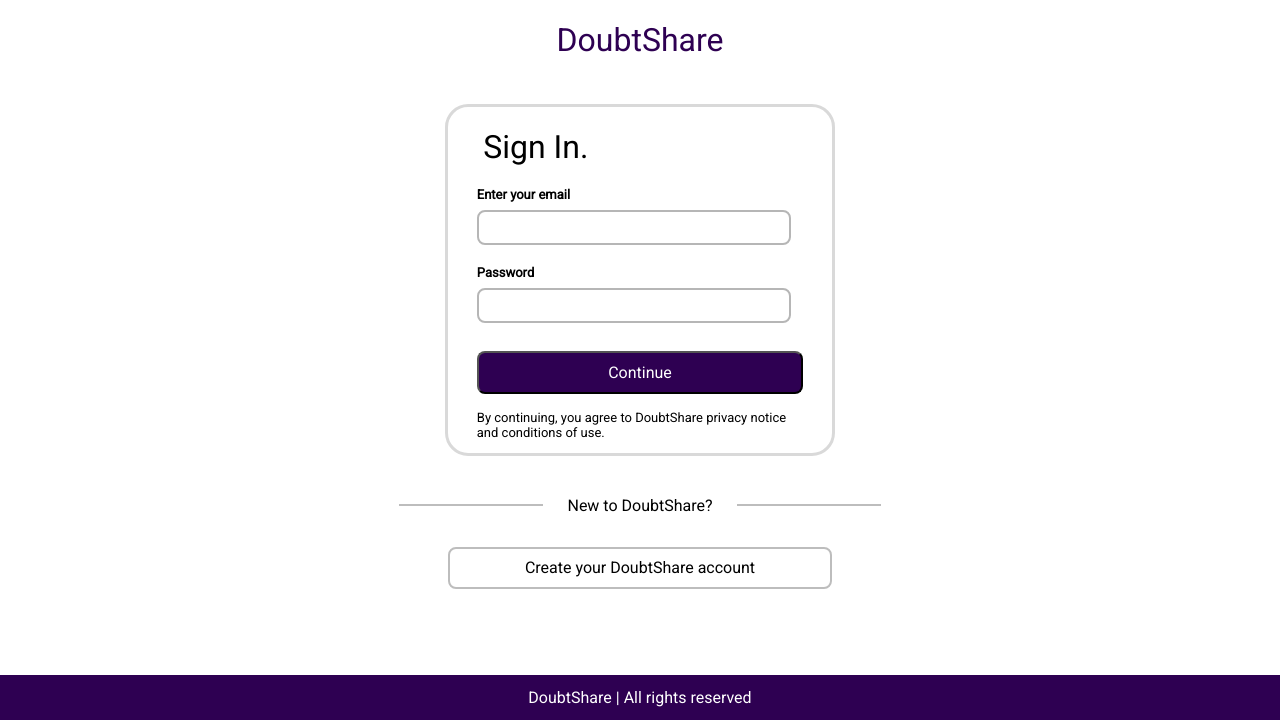
Repository: drumsmanku/doubtshare
Page: /login/student (app in frontend/)
The author's editor kept a copy of each file at every save. The page is drawn from the files as they stood at one save, then again after the next save.
The browser window is 1280 px wide. The pictures show the whole page.
The project was rebuilt for these pictures with package versions that can differ from the ones it lists, and the page was loaded fresh each time. Also part of the build but not shown: frontend/src/App.css, frontend/src/Components/Register/Register.js, frontend/src/Components/Dashboard/Dashboard.js, frontend/src/Components/LoginTutor/LoginTutor.js, frontend/src/Components/RegisterTutor/RegisterTutor.js.

Above is the page before, as saved 2023-12-30 11:48:13.

### frontend/src/App.js
import './App.css';
import { BrowserRouter as Router, Route, Routes} from 'react-router-dom';
import Register from './Components/Register/Register';
import Dashboard from './Components/Dashboard/Dashboard';
import Login from './Components/Login/Login';
import LoginTutor from './Components/LoginTutor/LoginTutor';
import RegisterTutor from './Components/RegisterTutor/RegisterTutor';

function App() {
  return (
    <div className="App">
      <Router>
        <Routes>
          <Route path='/' element={<Dashboard/>}/>
          <Route path='/register/student' element={<Register/>}/>
          <Route path='/login/student' element={<Login/>}/>
          <Route path='/login/tutor' element={<LoginTutor/>}/>
          <Route path='/register/tutor' element={<LoginTutor/>}/>
        </Routes>
      </Router>
    </div>
  );
}

export default App;

### frontend/src/Components/Login/Login.js
import React, { useState } from 'react';
import { useNavigate } from 'react-router-dom';
import axios from 'axios';
import styles from './Login.module.css';

const DivStyles={
  display: 'flex',
  flexDirection: 'column',
  marginBottom: '1.2rem',
  alignItems: 'flex-start',
  width: '85%',
}
const InputStyles={
  width: '90%',
  padding:'0.5rem 0.5rem 0.5rem 0.5rem',
  borderRadius: '8px',
  border:'2px solid #B6B6B6',
  marginTop: '0.5rem',
}

function Login() {
  const navigate = useNavigate();
  const [error, setError]=useState('');
  const [user, setUser] = useState({
    email: '',
    password: '',
  });

  const handleChange = e => {
    setUser({
      ...user,
      [e.target.name]: e.target.value
    });
  };
  const login = (event) => {
    event.preventDefault();
    axios.post('http://localhost:4000/login/student', user)
      .then(res => {
        localStorage.setItem('token', res.data.token);
        localStorage.setItem('user', res.data.name);
        const tokenData=localStorage.getItem('token')
        if(tokenData!=='undefined') {
          navigate('/')
        }
        else{
         setError('Invalid credentials');
        }


      })
      .catch(err => console.log(err));
  };
  return (
    <div className={styles.container}>
      <div className={styles.heading}>
        <h1 style={{fontWeight:'500'}}>DoubtShare</h1>
      </div>
      <h1 className={styles.welcomeText} >Welcome</h1>
      <div className={styles.mainBody}>
        <form className={styles.form}>

          <div className={styles.inputContainer}>
            <h1 className={styles.signInText}>Sign In. <span className={styles.alreadyCustomer}>Already a customer?</span></h1>


            <div style={DivStyles}>
              <label htmlFor="email" style={{fontWeight:600, fontSize:'small'}}>Enter your email </label>
              <input type="text" name="email" value={user.email} onChange={handleChange} style={InputStyles}/>
            </div>


            <div style={DivStyles}>
              <label htmlFor="password" style={{fontWeight:600, fontSize:'small'}}>Password</label>
              <input type="password" name="password" value={user.password} onChange={handleChange} style={InputStyles} />
            </div>
            <span style={{color:'red', fontSize:'small', marginBottom:'0.6rem'}}>
              {error}
            </span>

          </div>

          <div style={{width:'100%', display:'flex', justifyContent:'center'}}>
            <button className={styles.buttonStyles} type="submit" style={{ cursor:'pointer'}} onClick={login}>Continue</button>
          </div>

          <div style={{width:'100%', display:'flex', justifyContent:'center', marginTop:'1rem'}}>
            <p style={{width:'85%', textAlign:'left',fontSize:'small',  marginTop:0}}>By continuing, you agree to DoubtShare privacy notice and conditions of use.
            </p>
          </div>

        </form>
        <div style={{display:'flex', marginTop:'2.5rem'}}>
          <hr className={styles.wideLine} />
          <span className={styles.newToMusic} >New to DoubtShare?</span>
          <hr className={styles.wideLine} />
        </div>

        <button className={styles.notLoggedInButton}  onClick={()=>{navigate('/register/student')}}>Create your DoubtShare account</button>
      </div>


      <footer style={{ backgroundColor:'#2E0052', width:'100%', padding:'0.8rem 0 0.8rem 0', color:'white', textAlign:'center'}}>
          DoubtShare | All rights reserved
      </footer>
    </div>
  )
}

export default Login

### frontend/src/Components/Register/Register.module.css
@import url('https://fonts.googleapis.com/css2?family=DM+Sans&family=Roboto&display=swap');

body{
  font-family: 'Roboto';
}

.container{
  height: 100vh;
  width: 100%;
  display: flex;
  flex-direction: column;

  align-items: center;
  justify-content: space-between;
}

.form{
  display: flex;
  flex-direction: column;
  border: 3px solid #D9D9D9;
  border-radius: 23.2px;
  width: 30%;

}
.inputContainer{
  display: flex;
  align-items: center;
  flex-direction: column;
}

.buttonStyles{
  width: 85%;
  background-color: #2E0052;
  border-radius: 8px;
  color: white;
  padding: 0.6rem 0 0.6rem 0;
  font-family: 'Roboto';
  font-weight: 500;
  font-size: medium;
}

.welcomeText{
  display: none;
}

.heading{
  display: flex;
  align-items: center;
  font-family: 'Roboto';
  color: #2E0052;
  font-weight: 500;
}
@media (max-width: 768px){
  .heading{
    background-color: #2E0052;
    width: 100%;
    height: 8%;
    display: flex;
    padding-left: 2rem;
    align-items: center;
    color: white;
    font-size: small;
    font-weight: 400;
  }
  .form{
    width: 80%;
  }
  .notLoggedInButton{
    width: 80%;
  }
  .wideLine{
    width: 5rem;
  }
  .newToMusic{
    margin:0 1.5rem 0 1rem;
  }
  hr {
    width: 4rem;
  }
  .welcomeText {
    display: block;
    font-weight: 500;
    width: 80%;
    text-align: start;
  }
  .inputContainer>h1{
    font-size: medium;
    font-weight: 500;
    padding-left: 1.5rem;
  }
  .alreadyCustomer{
    font-weight: 400;
    display: inline-block;
  }
  footer{
    margin-top: 1rem;
  }
}

### frontend/src/Components/Login/Login.module.css
@import url('https://fonts.googleapis.com/css2?family=DM+Sans&family=Roboto&display=swap');

body{
  font-family: 'Roboto';
}

.container{
  height: 100vh;
  width: 100%;
  display: flex;
  flex-direction: column;
  justify-content: space-between;
  align-items: center;
}

.form{
  display: flex;
  flex-direction: column;
  border: 3px solid #D9D9D9;
  border-radius: 23.2px;
  width: 30%;

}
.inputContainer{
  display: flex;
  align-items: center;
  flex-direction: column;
}

.buttonStyles{
  width: 85%;
  background-color: #2E0052;
  border-radius: 8px;
  color: white;
  padding: 0.6rem 0 0.6rem 0;
  font-family: 'Roboto';
  font-weight: 500;
  font-size: medium;
}
.notLoggedInButton{
  width: 30%;
  background:none;
  border: 2px solid #BDBDBD;
  border-radius: 8px;
  color: black;
  padding: 0.6rem 0 0.6rem 0;
  font-family: 'Roboto';
  font-weight: 500;
  font-size: medium;
  margin-top: 2rem;
  cursor: pointer;
}
.heading{
  display: flex;
  align-items: center;
  font-family: 'Roboto';
  color: #2E0052;
  font-weight: 500;
}
.newToMusic{
  margin:0 1.5rem 0 1.5rem;
}
.wideLine {
  height: 2px;
  width: 9rem;
  background-color: #BDBDBD;
  border: none;
}

.welcomeText{
  display: none;
}
.signInText{
  align-self: flex-start;
  padding-left: 2.2rem;
  font-weight: 500;
}
.alreadyCustomer{

  display: none;
}

.mainBody{
  width: 100%;
  display: flex;
  flex-direction: column;
  align-items: center;
  margin-bottom: 4rem;
}

@media (max-width: 768px){
  .heading{
    background-color: #2E0052;
    width: 100%;
    height: 8%;
    display: flex;
    padding-left: 2rem;
    align-items: center;
    color: white;
    font-size: small;
    font-weight: 400;
  }
  .form{
    width: 80%;
  }
  .notLoggedInButton{
    width: 80%;
  }
  .wideLine{
    width: 5rem;
  }
  .newToMusic{
    margin:0 1.5rem 0 1rem;
  }
  .wideLine{
    width: 4rem;
  }
  .welcomeText {
    display: block;
    font-weight: 500;
    width: 80%;
    text-align: start;
  }
  .inputContainer>h1{
    font-size: medium;
    font-weight: 500;
    padding-left: 1.5rem;
  }
  .alreadyCustomer{
    font-weight: 400;
    display: inline-block;
  }
}

### frontend/src/Components/LoginTutor/LoginTutor.module.css
@import url('https://fonts.googleapis.com/css2?family=DM+Sans&family=Roboto&display=swap');

body{
  font-family: 'Roboto';
}

.container{
  height: 100vh;
  width: 100%;
  display: flex;
  flex-direction: column;
  justify-content: space-between;
  align-items: center;
}

.form{
  display: flex;
  flex-direction: column;
  border: 3px solid #D9D9D9;
  border-radius: 23.2px;
  width: 30%;

}
.inputContainer{
  display: flex;
  align-items: center;
  flex-direction: column;
}

.buttonStyles{
  width: 85%;
  background-color: #2E0052;
  border-radius: 8px;
  color: white;
  padding: 0.6rem 0 0.6rem 0;
  font-family: 'Roboto';
  font-weight: 500;
  font-size: medium;
}
.notLoggedInButton{
  width: 30%;
  background:none;
  border: 2px solid #BDBDBD;
  border-radius: 8px;
  color: black;
  padding: 0.6rem 0 0.6rem 0;
  font-family: 'Roboto';
  font-weight: 500;
  font-size: medium;
  margin-top: 2rem;
  cursor: pointer;
}
.heading{
  display: flex;
  align-items: center;
  font-family: 'Roboto';
  color: #2E0052;
  font-weight: 500;
}
.newToMusic{
  margin:0 1.5rem 0 1.5rem;
}
.wideLine {
  height: 2px;
  width: 9rem;
  background-color: #BDBDBD;
  border: none;
}

.welcomeText{
  display: none;
}
.signInText{
  align-self: flex-start;
  padding-left: 2.2rem;
  font-weight: 500;
}
.alreadyCustomer{

  display: none;
}

.mainBody{
  width: 100%;
  display: flex;
  flex-direction: column;
  align-items: center;
  margin-bottom: 4rem;
}

@media (max-width: 768px){
  .heading{
    background-color: #2E0052;
    width: 100%;
    height: 8%;
    display: flex;
    padding-left: 2rem;
    align-items: center;
    color: white;
    font-size: small;
    font-weight: 400;
  }
  .form{
    width: 80%;
  }
  .notLoggedInButton{
    width: 80%;
  }
  .wideLine{
    width: 5rem;
  }
  .newToMusic{
    margin:0 1.5rem 0 1rem;
  }
  .wideLine{
    width: 4rem;
  }
  .welcomeText {
    display: block;
    font-weight: 500;
    width: 80%;
    text-align: start;
  }
  .inputContainer>h1{
    font-size: medium;
    font-weight: 500;
    padding-left: 1.5rem;
  }
  .alreadyCustomer{
    font-weight: 400;
    display: inline-block;
  }
}

### frontend/src/Components/RegisterTutor/RegisterTutor.module.css
@import url('https://fonts.googleapis.com/css2?family=DM+Sans&family=Roboto&display=swap');

body{
  font-family: 'Roboto';
}

.container{
  height: 100vh;
  width: 100%;
  display: flex;
  flex-direction: column;

  align-items: center;
  justify-content: space-between;
}

.form{
  display: flex;
  flex-direction: column;
  border: 3px solid #D9D9D9;
  border-radius: 23.2px;
  width: 30%;

}
.inputContainer{
  display: flex;
  align-items: center;
  flex-direction: column;
}

.buttonStyles{
  width: 85%;
  background-color: #2E0052;
  border-radius: 8px;
  color: white;
  padding: 0.6rem 0 0.6rem 0;
  font-family: 'Roboto';
  font-weight: 500;
  font-size: medium;
}

.welcomeText{
  display: none;
}

.heading{
  display: flex;
  align-items: center;
  font-family: 'Roboto';
  color: #2E0052;
  font-weight: 500;
}
@media (max-width: 768px){
  .heading{
    background-color: #2E0052;
    width: 100%;
    height: 8%;
    display: flex;
    padding-left: 2rem;
    align-items: center;
    color: white;
    font-size: small;
    font-weight: 400;
  }
  .form{
    width: 80%;
  }
  .notLoggedInButton{
    width: 80%;
  }
  .wideLine{
    width: 5rem;
  }
  .newToMusic{
    margin:0 1.5rem 0 1rem;
  }
  hr {
    width: 4rem;
  }
  .welcomeText {
    display: block;
    font-weight: 500;
    width: 80%;
    text-align: start;
  }
  .inputContainer>h1{
    font-size: medium;
    font-weight: 500;
    padding-left: 1.5rem;
  }
  .alreadyCustomer{
    font-weight: 400;
    display: inline-block;
  }
  footer{
    margin-top: 1rem;
  }
}

Loaded but not shown: frontend/public/index.html (common file); frontend/src/index.js (common file); frontend/src/index.css (common file)

After the next save:
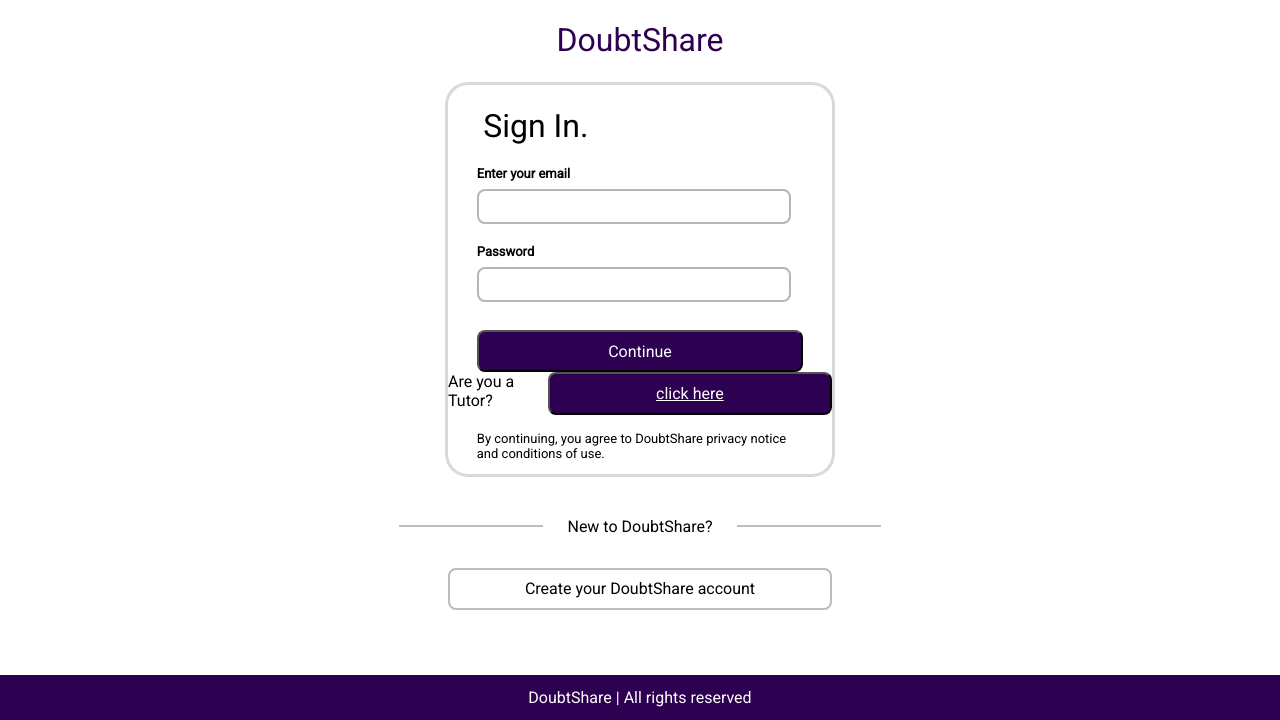
Saved 9 min 28 s later.
--- a/frontend/src/Components/Login/Login.js
+++ b/frontend/src/Components/Login/Login.js
@@ -83,6 +83,12 @@ function Login() {
             <button className={styles.buttonStyles} type="submit" style={{ cursor:'pointer'}} onClick={login}>Continue</button>
           </div>
 
+          <div style={{width:'100%', display:'flex', justifyContent:'center'}}>
+            Are you a Tutor?
+            <button className={styles.buttonStyles} type="submit" style={{ cursor:'pointer'}} onClick={()=>{navigate('/login/tutor')}}> <u>click here</u> </button>
+          </div>
+
+
           <div style={{width:'100%', display:'flex', justifyContent:'center', marginTop:'1rem'}}>
             <p style={{width:'85%', textAlign:'left',fontSize:'small',  marginTop:0}}>By continuing, you agree to DoubtShare privacy notice and conditions of use.
             </p>
